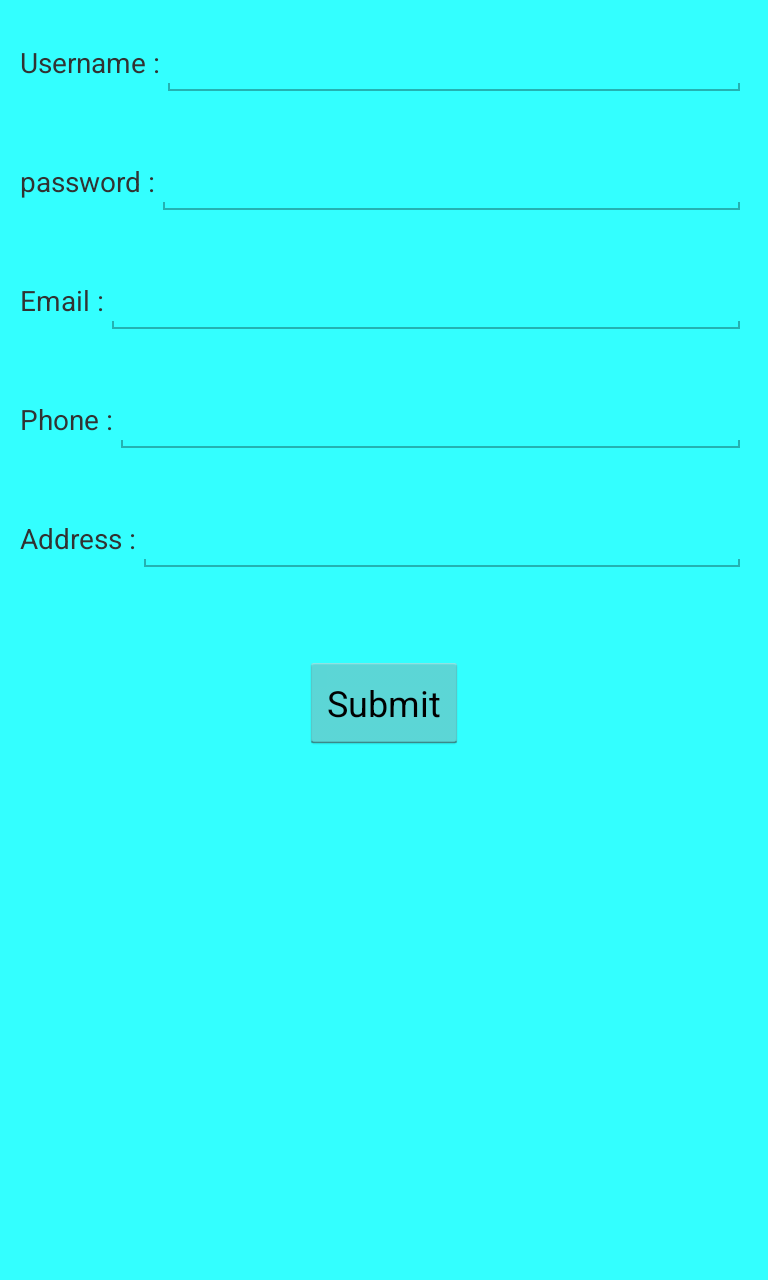
Repository: AnithaGorli/Android
Layout: CustomerApplication/res/layout/login.xml
An editor plug-in stored every save of this project. The layout is shown before and after the next save, followed by the edit.
It is drawn on a 768 x 1280 px phone screen (xhdpi) without system bars, with theme AppTheme; the app's code is not run.

Above is the layout before, as saved 2014-09-09 11:23:00.

### CustomerApplication/res/layout/login.xml
<?xml version="1.0" encoding="utf-8"?>
<LinearLayout xmlns:android="http://schemas.android.com/apk/res/android"
    android:layout_width="match_parent"
    android:layout_height="match_parent"
    android:orientation="vertical"
    android:background="#33FFFF">

<LinearLayout
        android:id="@+id/l1"
        android:layout_width="match_parent"
        android:layout_height="wrap_content"
        android:padding="10dp" >

        <TextView
            android:id="@+id/user_txt"
            android:layout_width="wrap_content"
            android:layout_height="wrap_content"
            android:text="@string/username"
             />

        <EditText
            android:id="@+id/user_edt"
            android:layout_width="match_parent"
            android:layout_height="wrap_content"
            android:inputType="text" />
    </LinearLayout>

    <LinearLayout
        android:id="@+id/l2"
        android:layout_width="match_parent"
        android:layout_height="wrap_content"
        android:padding="10dp"
         >

        <TextView
            android:id="@+id/pwd_txt"
            android:layout_width="wrap_content"
            android:layout_height="wrap_content"
            android:text="@string/password"
            />

        <EditText
            android:id="@+id/pwd_edt"
            android:layout_width="match_parent"
            android:layout_height="wrap_content"
            android:inputType="text"
            android:password="true" />
    </LinearLayout>
    <LinearLayout
        android:id="@+id/l3"
        android:layout_width="match_parent"
        android:layout_height="wrap_content"
        android:padding="10dp" >

        <TextView
            android:id="@+id/email_txt"
            android:layout_width="wrap_content"
            android:layout_height="wrap_content"
            android:text="@string/email"
             />

        <EditText
            android:id="@+id/email_edt"
            android:layout_width="match_parent"
            android:layout_height="wrap_content"
            android:inputType="text" />
    </LinearLayout>
    <LinearLayout
        android:id="@+id/l4"
        android:layout_width="match_parent"
        android:layout_height="wrap_content"
        android:padding="10dp" >

        <TextView
            android:id="@+id/phn_txt"
            android:layout_width="wrap_content"
            android:layout_height="wrap_content"
            android:text="@string/phone"
           />

        <EditText
            android:id="@+id/phn_edt"
            android:layout_width="match_parent"
            android:layout_height="wrap_content"
            android:inputType="text" />
    </LinearLayout>
    <LinearLayout
        android:id="@+id/l5"
        android:layout_width="match_parent"
        android:layout_height="wrap_content"
        android:padding="10dp" >

        <TextView
            android:id="@+id/address_txt"
            android:layout_width="wrap_content"
            android:layout_height="wrap_content"
            android:text="@string/address"
            />

        <EditText
            android:id="@+id/address_edt"
            android:layout_width="match_parent"
            android:layout_height="wrap_content"
            android:inputType="text" />
    </LinearLayout>

    <Button
        android:id="@+id/submit_btn"
        android:layout_width="wrap_content"
        android:layout_height="wrap_content"
        android:text="@string/submit"
        android:layout_marginTop="30dp"
        android:layout_gravity="center_horizontal"
        />

</LinearLayout>

### CustomerApplication/res/values/strings.xml
<resources>

    <string name="app_name">CustomerApplication</string>
<string name="username">Username :</string>
<string name="password">password :</string>
<string name="email">Email :</string>
<string name="phone">Phone :</string>
<string name="address">Address :</string>
<string name="submit">Submit</string>
<string name="login">Login</string>
<string name="introduction">WELCOME CUSTOMERS</string>
</resources>

Loaded but not shown: CustomerApplication/res/values/styles.xml (common file); CustomerApplication/res/values-v11/styles.xml (common file); CustomerApplication/res/values-v14/styles.xml (common file)

After the next save:
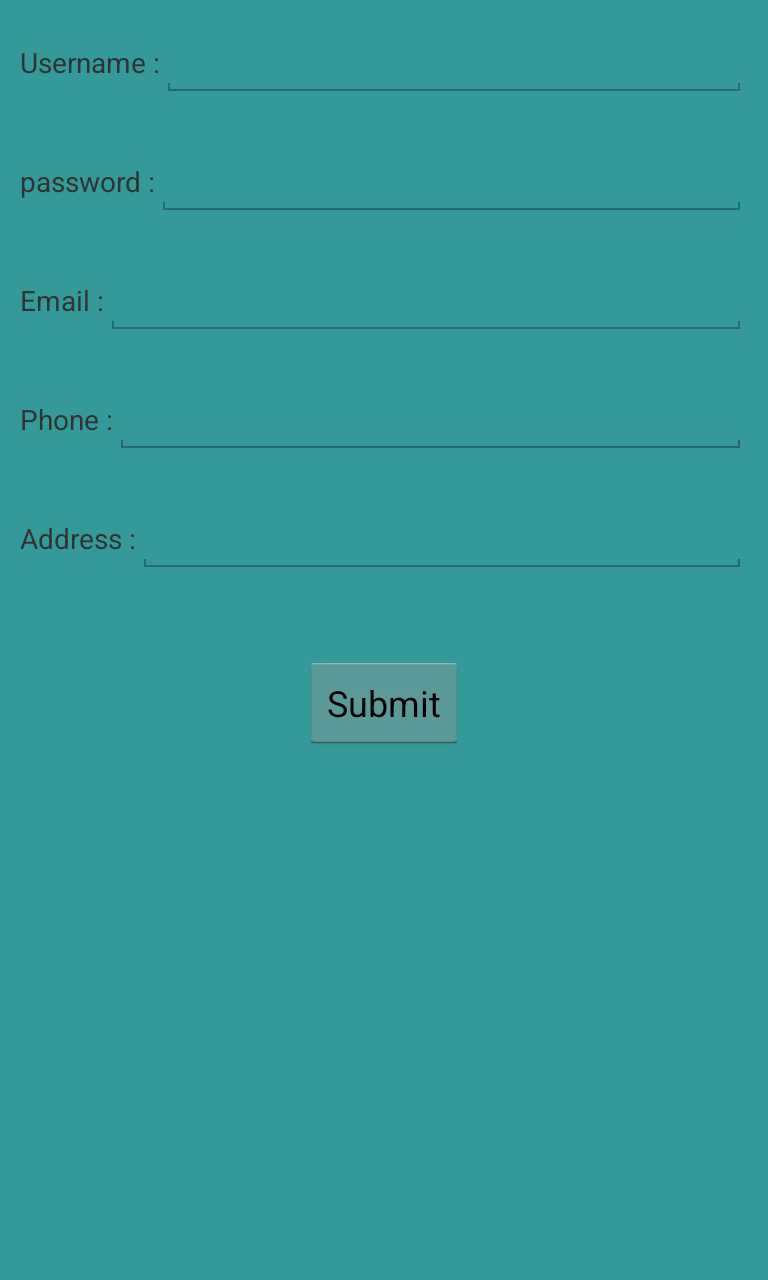
Saved 30 s later.
--- a/CustomerApplication/res/layout/login.xml
+++ b/CustomerApplication/res/layout/login.xml
@@ -3,7 +3,7 @@
     android:layout_width="match_parent"
     android:layout_height="match_parent"
     android:orientation="vertical"
-    android:background="#33FFFF">
+    android:background="#339999">
 
 <LinearLayout
         android:id="@+id/l1"
